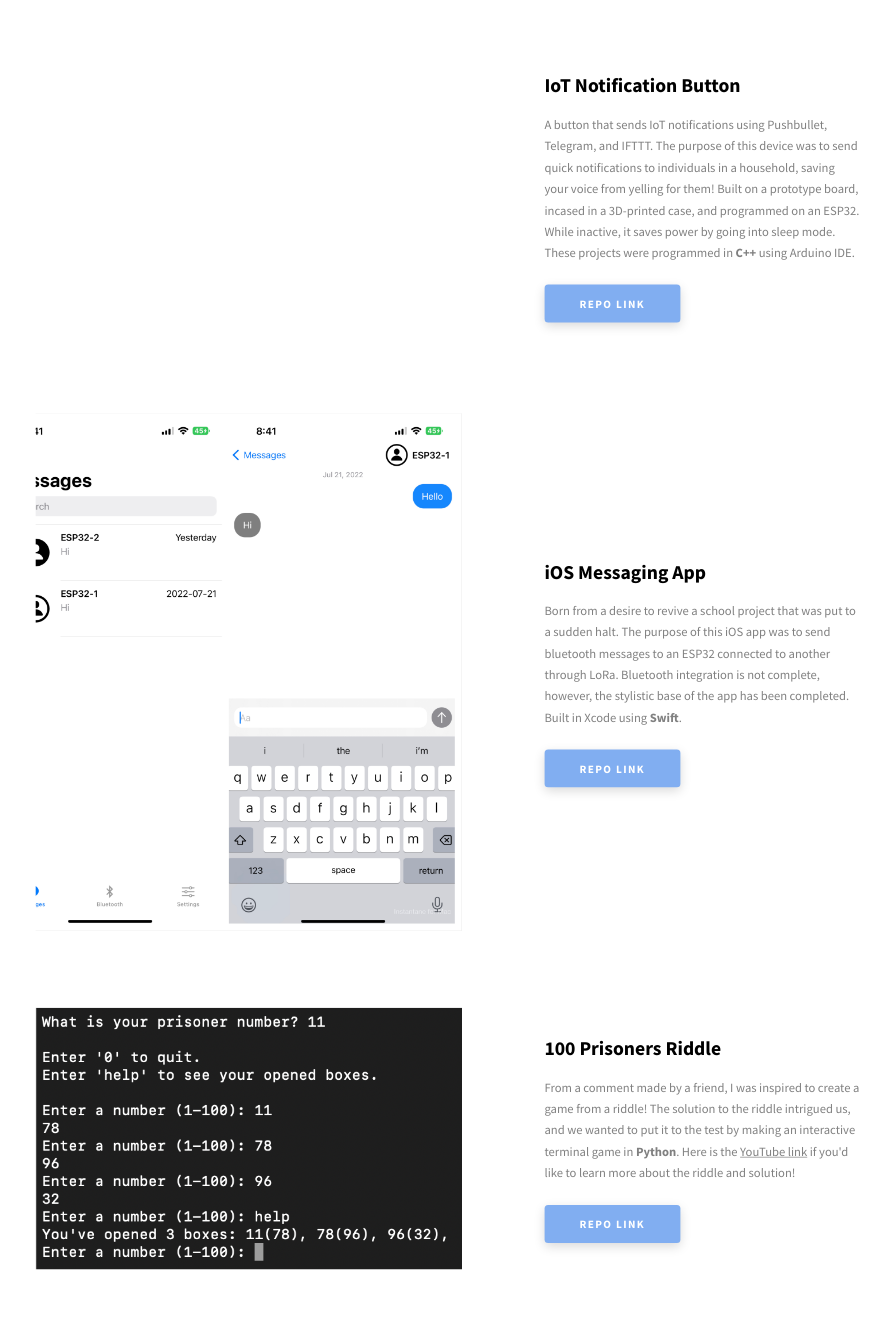
Repository: justinknguyen/Personal-Portfolio
Page: index.html
An editor plug-in stored every save of this project. The page is shown before and after the next save, followed by the edit.
The browser window is 1280 px wide. The pictures show the part of the page from y = 2211 to 4131 px (the page is 6330 px tall), at 70% of full size.
The style sheet was rebuilt from its Sass, Less or Tailwind sources for each picture, by a compiler version that may differ from the author's.

Above is the page before, as saved 2022-09-09 21:08:30.

After the next save:
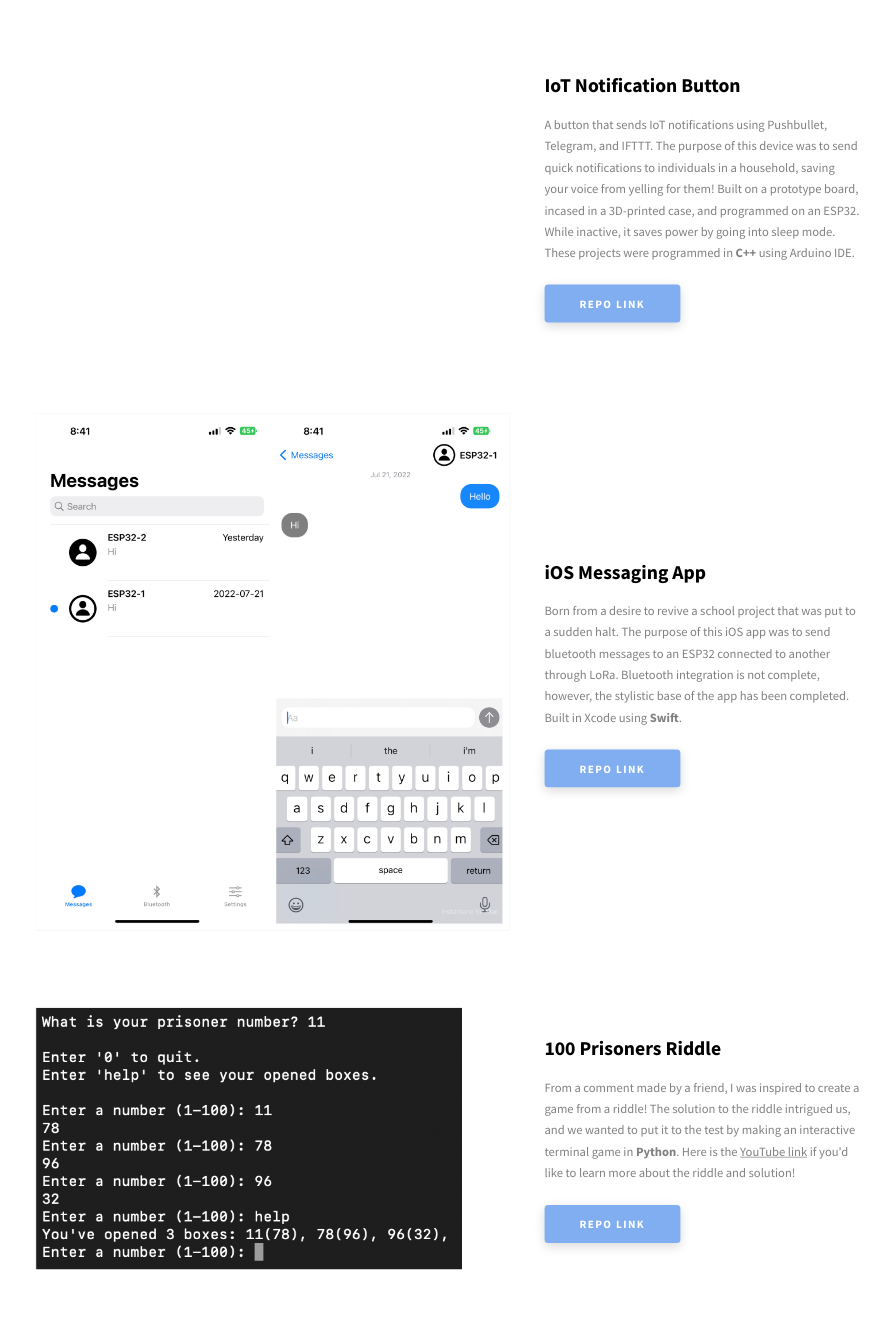
Saved 23 s later.
--- a/index.html
+++ b/index.html
@@ -264,7 +264,7 @@
                     alt="Software Screenshot"
                     class="projects__row-img"
                     loading="lazy"
-                    style="width: 100%; position: relative; right: 10%;"
+                    style="width: 100%; position: relative;"
                   />
                 </div>
                 <div class="projects__row-content">
